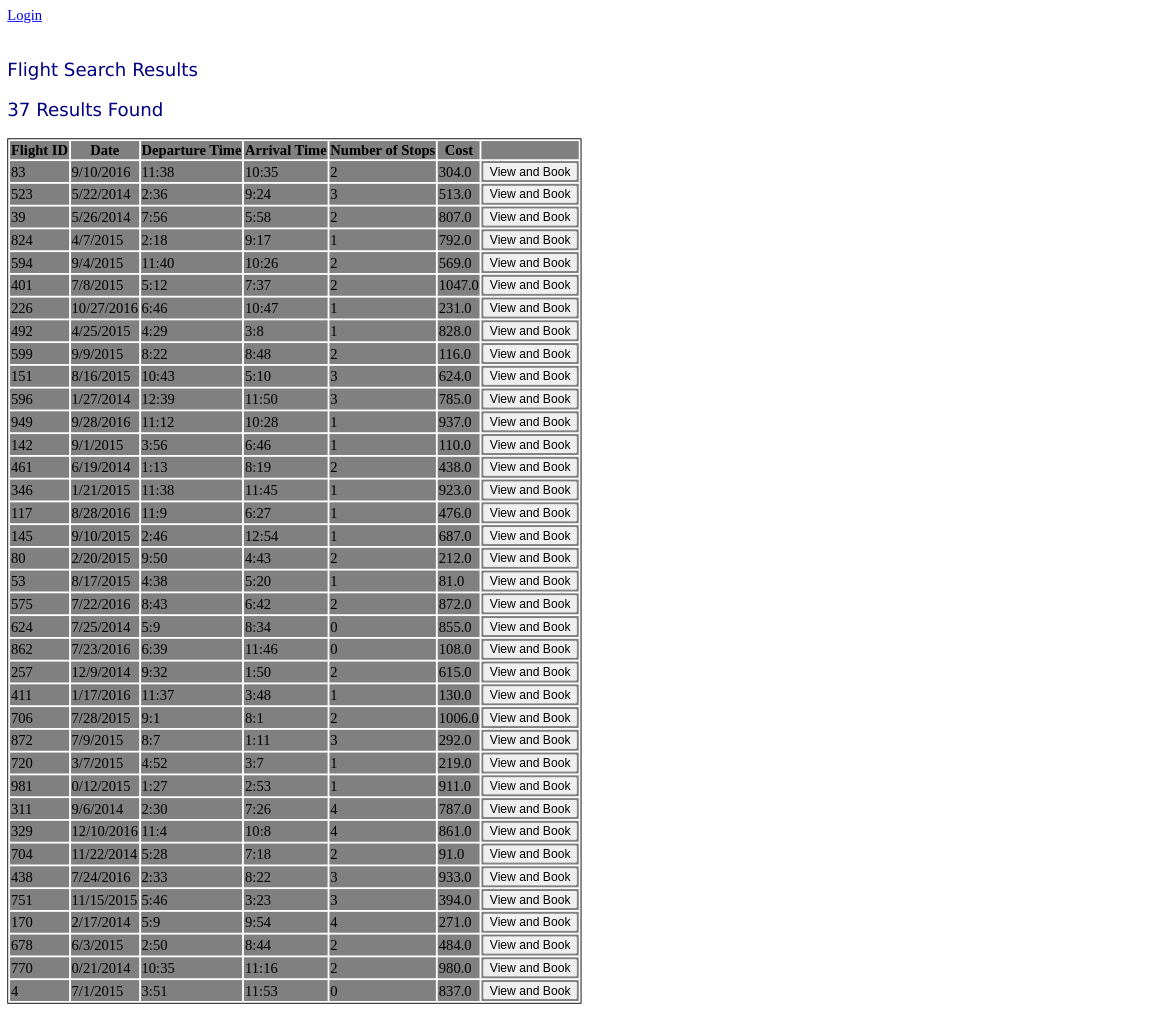
Repository: jliu9000/CSE-464---Flight-Pages
Page: http://localhost/HW1/FlightSearchResults.jsp
These files come from the project's save history. The page is drawn as it stood at one moment and after the next save; the edit follows.
The browser window is 1280 px wide. The pictures show the whole page, at 91% of full size.
The page is served by Tomcat 9.

Above is the page before, as saved 2014-09-21 08:35:59.

After the next save:
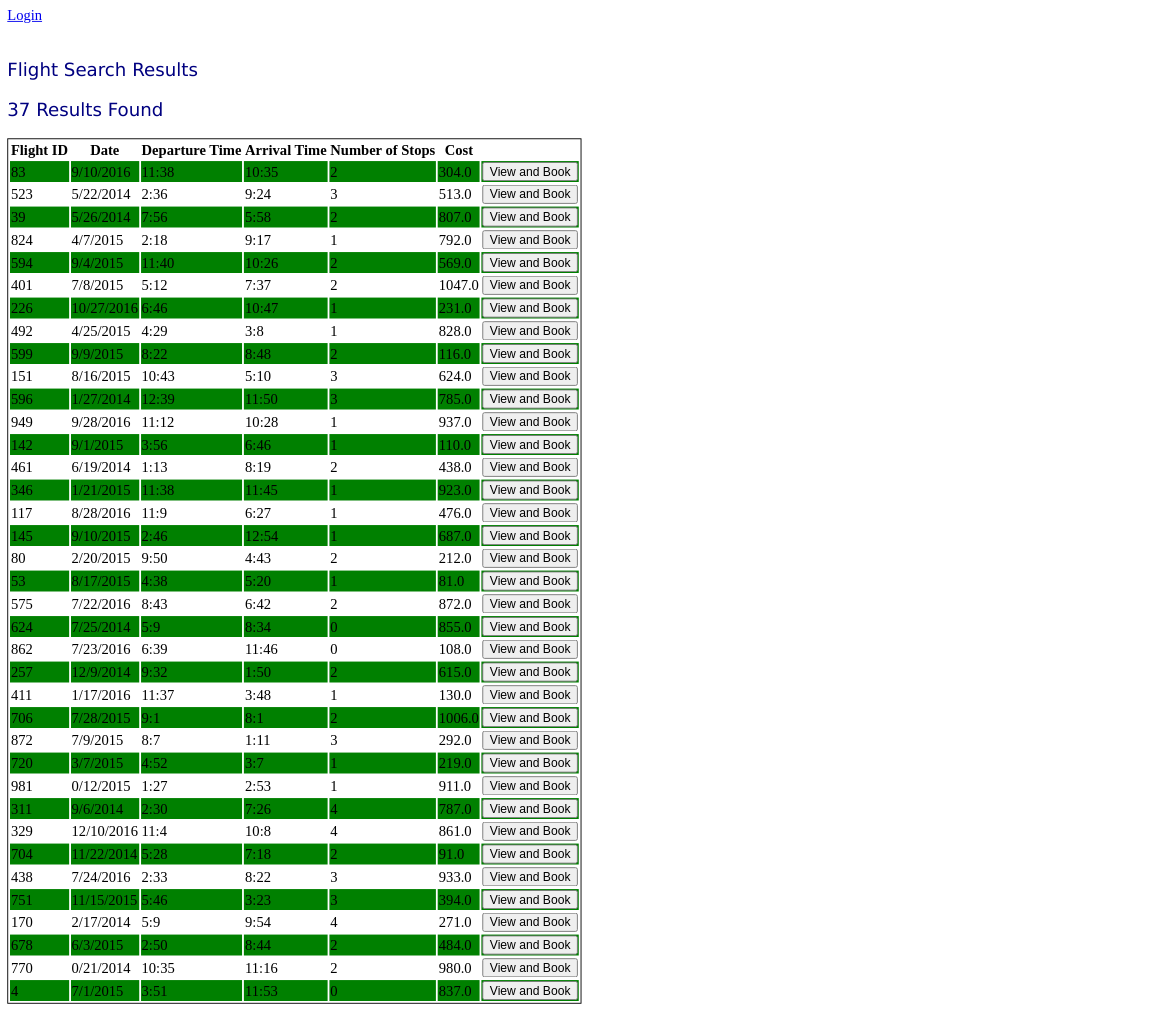
Saved 21 s later.
--- a/HW1/WebContent/FlightStyles.css
+++ b/HW1/WebContent/FlightStyles.css
@@ -12,11 +12,11 @@ table {
 }
 
 tr {
-	background-color: gray;
+	background-color: white;
 
 }
 
 tr.alt {
-	background-color: light blue;
+	background-color: green;
 
 }
